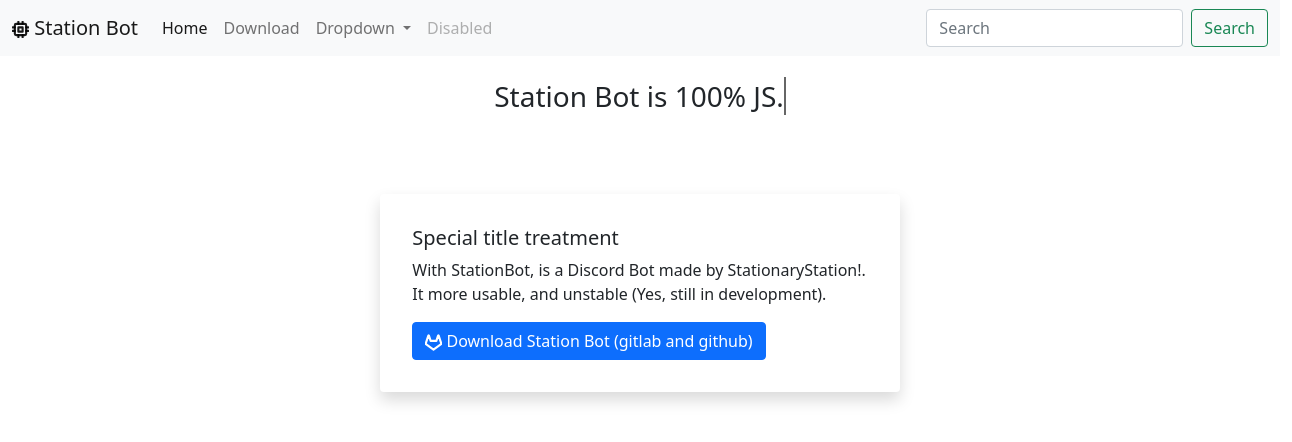
Repository: Valenplayer3000/StationBot-Web
Page: index.html
These files come from the project's save history. The page is drawn as it stood at one moment and after the next save; the edit follows.
The browser window is 1280 px wide. The page is 1292 px wide, so the pictures cover 1292 px, including what lies to the right of the window. The pictures show the whole page.
Some web libraries are served in a nearby version.

Above is the page before, as saved 2021-11-02 09:10:01.

### index.html
<!DOCTYPE html>
<head>
    <!-- Required meta tags -->
    <meta charset="utf-8">
    <meta name="viewport" content="width=device-width, initial-scale=1">

    <!-- Bootstrap CSS and JS -->
    <script src="https://cdn.jsdelivr.net/npm/bootstrap@5.1.3/dist/js/bootstrap.bundle.min.js" integrity="sha384-ka7Sk0Gln4gmtz2MlQnikT1wXgYsOg+OMhuP+IlRH9sENBO0LRn5q+8nbTov4+1p" crossorigin="anonymous"></script>
    <link href="https://cdn.jsdelivr.net/npm/bootstrap@5.1.3/dist/css/bootstrap.min.css" rel="stylesheet" integrity="sha384-1BmE4kWBq78iYhFldvKuhfTAU6auU8tT94WrHftjDbrCEXSU1oBoqyl2QvZ6jIW3" crossorigin="anonymous">

    <!-- Font Awesome (Icons) -->
    <script src="https://kit.fontawesome.com/e5254c2b1e.js" crossorigin="anonymous"></script>

    <!-- Feather Icons -->
    <script src="https://unpkg.com/feather-icons"></script>
    <!-- Site's Titles -->
    <title>Station Bot</title>
</head>
<html lang="en">
  <nav class="navbar navbar-expand-lg navbar-light bg-light">
    <div class="container-fluid">
      <a class="navbar-brand" href="#"><i data-feather="cpu"></i> Station Bot</a>
      <button class="navbar-toggler" type="button" data-bs-toggle="collapse" data-bs-target="#navbarSupportedContent" aria-controls="navbarSupportedContent" aria-expanded="false" aria-label="Toggle navigation">
        <span class="navbar-toggler-icon"></span>
      </button>
      <div class="collapse navbar-collapse" id="navbarSupportedContent">
        <ul class="navbar-nav me-auto mb-2 mb-lg-0">
          <li class="nav-item">
            <a class="nav-link active" aria-current="page" href="#">Home</a>
          </li>
          <li class="nav-item">
            <a class="nav-link" href="downloads.html">Download</a>
          </li>
          <li class="nav-item dropdown">
            <a class="nav-link dropdown-toggle" href="#" id="navbarDropdown" role="button" data-bs-toggle="dropdown" aria-expanded="false">
              Dropdown
            </a>
            <ul class="dropdown-menu" aria-labelledby="navbarDropdown">
              <li><a class="dropdown-item" href="#">Action</a></li>
              <li><a class="dropdown-item" href="#">Another action</a></li>
              <li><hr class="dropdown-divider"></li>
              <li><a class="dropdown-item" href="#">Something else here</a></li>
            </ul>
          </li>
          <li class="nav-item">
            <a class="nav-link disabled">Disabled</a>
          </li>
        </ul>
        <form class="d-flex">
          <input class="form-control me-2" type="search" placeholder="Search" aria-label="Search">
          <button class="btn btn-outline-success" type="submit">Search</button>
        </form>
      </div>
    </div>
  </nav>
  <br>
  <h3 class="header">Station Bot is
    <span class="txt-rotate" data-period="2000"data-rotate='[ "easy to use.", "simple.", "100% JS.", "100% customizable."]'></span>
  </h3>
  <br>
  <br>
  <br>
    <div class="row">
        <div class="col-sm-5 center">
          <div class="shadow p-3 mb-5 bg-body rounded">
            <div class="card-body">
              <h5 class="card-title">Special title treatment</h5>
              <p class="card-text">With StationBot, is a Discord Bot made by StationaryStation!. It more usable, and unstable (Yes, still in development).</p>
              <!-- Button trigger modal -->
                <button type="button" class="btn btn-primary" data-bs-toggle="modal" data-bs-target="#exampleModal"> <i data-feather="gitlab"></i>  Download Station Bot (gitlab and github)
                </button>

                <!-- Modal -->
                <div class="modal fade" id="exampleModal" tabindex="-1" aria-labelledby="exampleModalLabel" aria-hidden="true">
                  <div class="modal-dialog">
                    <div class="modal-content">
                      <div class="modal-header">
                        <h5 class="modal-title" id="exampleModalLabel">Modal title</h5>
                        <button type="button" class="btn-close" data-bs-dismiss="modal" aria-label="Close"></button>
                      </div>
                      <div class="modal-body">
                        Remember. This repo it only for developer. You many need to make a your own bot using Station Bot.
                        Its unstable right now.
                        Use at your own risk
                      </div>
                      <div class="modal-footer">
                        <button type="button" class="btn btn-danger"><i data-feather="download"></i> Take me to Download!</button>
                        <button type="button" class="btn btn-secondary" data-bs-dismiss="modal">Close</button>
                      </div>
                    </div>
                  </div>
                </div>
            </div>
          </div>
        </div>
      </div>
      <br>
</html>
<style>
  .feather {
  width: 17px;
  height: 17px;
  stroke: currentColor;
  stroke-width: 3;
  stroke-linecap: round;
  stroke-linejoin: round;
  fill: none;
}
.header{
  text-align: center;
}
.center{
  margin: 0 auto;
}
</style>
<script>
  feather.replace()
</script>
<script>
  var TxtRotate = function(el, toRotate, period) {
  this.toRotate = toRotate;
  this.el = el;
  this.loopNum = 1;
  this.period = parseInt(period, 10) || 1000;
  this.txt = '';
  this.tick();
  this.isDeleting = false;
};

TxtRotate.prototype.tick = function() {
  var i = this.loopNum % this.toRotate.length;
  var fullTxt = this.toRotate[i];

  if (this.isDeleting) {
    this.txt = fullTxt.substring(0, this.txt.length - 1);
  } else {
    this.txt = fullTxt.substring(0, this.txt.length + 1);
  }

  this.el.innerHTML = '<span class="wrap">'+this.txt+'</span>';

  var that = this;
  var delta = 200 - Math.random() * 100;

  if (this.isDeleting) { delta /= 2; }

  if (!this.isDeleting && this.txt === fullTxt) {
    delta = this.period;
    this.isDeleting = true;
  } else if (this.isDeleting && this.txt === '') {
    this.isDeleting = false;
    this.loopNum++;
    delta = 500;
  }

  setTimeout(function() {
    that.tick();
  }, delta);
};

window.onload = function() {
  var elements = document.getElementsByClassName('txt-rotate');
  for (var i=0; i<elements.length; i++) {
    var toRotate = elements[i].getAttribute('data-rotate');
    var period = elements[i].getAttribute('data-period');
    if (toRotate) {
      new TxtRotate(elements[i], JSON.parse(toRotate), period);
    }
  }
  // INJECT CSS
  var css = document.createElement("style");
  css.type = "text/css";
  css.innerHTML = ".txt-rotate > .wrap { border-right: 0.09em solid #666 }";
  document.body.appendChild(css);
};
</script>
<style>
@import url('https://fonts.googleapis.com/css2?family=Inter:wght@100;200;300;400;500;600;700;800;900&display=swap');
.tpyewirter {
text-align: center;
  font-family: 'Inter';
}
.button-center{
  display: flex;
  margin: auto;
}
</style>

After the next save:
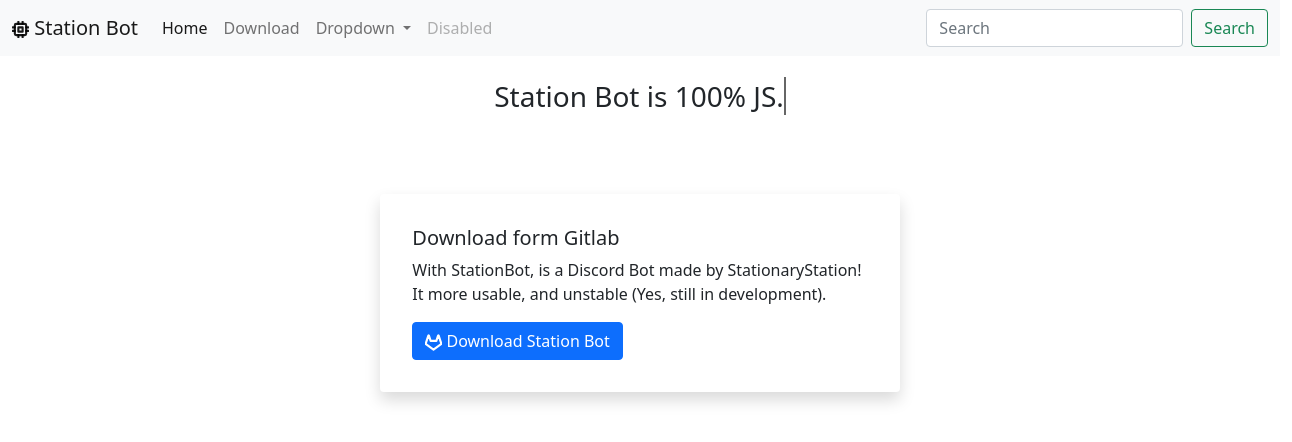
Saved 46 s later.
--- a/index.html
+++ b/index.html
@@ -64,10 +64,10 @@
         <div class="col-sm-5 center">
           <div class="shadow p-3 mb-5 bg-body rounded">
             <div class="card-body">
-              <h5 class="card-title">Special title treatment</h5>
-              <p class="card-text">With StationBot, is a Discord Bot made by StationaryStation!. It more usable, and unstable (Yes, still in development).</p>
+              <h5 class="card-title">Download form Gitlab</h5>
+              <p class="card-text">With StationBot, is a Discord Bot made by StationaryStation! It more usable, and unstable (Yes, still in development).</p>
               <!-- Button trigger modal -->
-                <button type="button" class="btn btn-primary" data-bs-toggle="modal" data-bs-target="#exampleModal"> <i data-feather="gitlab"></i>  Download Station Bot (gitlab and github)
+                <button type="button" class="btn btn-primary" data-bs-toggle="modal" data-bs-target="#exampleModal"> <i data-feather="gitlab"></i>  Download Station Bot
                 </button>
 
                 <!-- Modal -->
